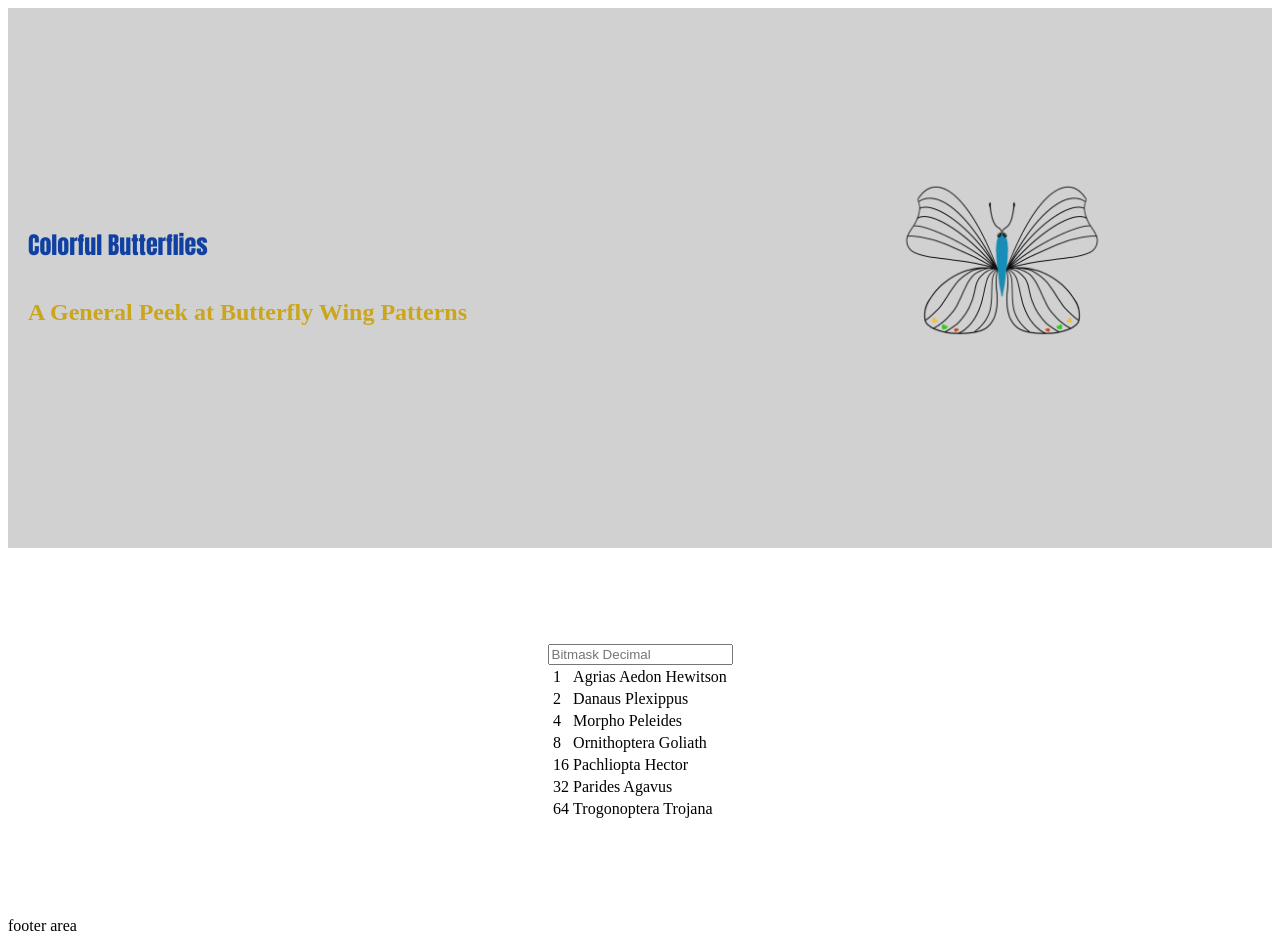
Repository: MeowCeline00/assessment-2
Page: /
These files come from the project's save history. The page is drawn as it stood at one moment and after the next save; the edit follows.
The browser window is 1280 px wide. The pictures show the whole page.
The project was rebuilt for these pictures with package versions that can differ from the ones it lists, and the page was loaded fresh each time. The framework's server and built-in components were replaced by stand-ins that run in the browser. Also part of the build but not shown: next.config.mjs.

Above is the page before, as saved 2024-02-07 22:00:10.

After the next save:
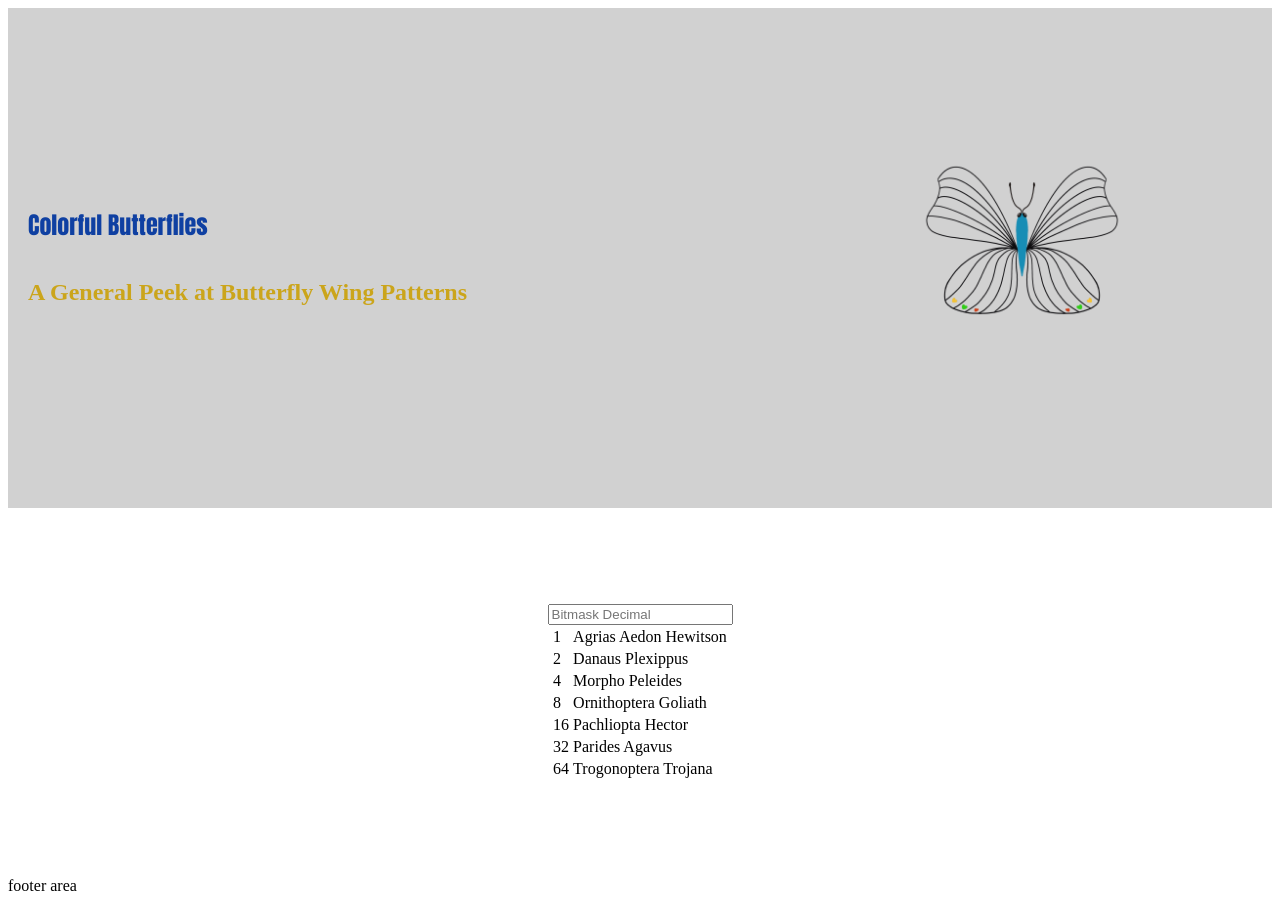
Saved 7 s later.
--- a/Components/Header/Header.module.css
+++ b/Components/Header/Header.module.css
@@ -23,5 +23,5 @@
 
 .logoArea {
   display: flex;
-  padding: 100px;
+  padding: 80px;
 }
